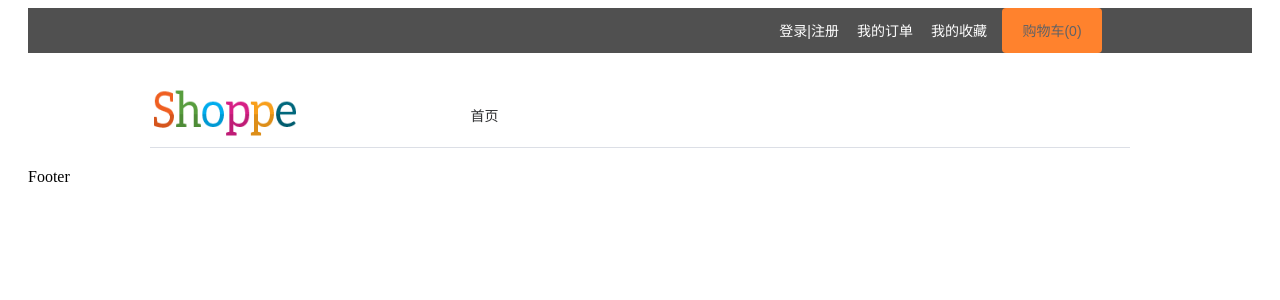
Repository: zhenghaochang/---
Page: / (app in xiaomi/)
These files come from the project's save history. The page is drawn as it stood at one moment and after a run of saves; the edit follows.
The browser window is 1280 px wide. The pictures show the whole page.
The project was rebuilt for these pictures with package versions that can differ from the ones it lists, and the page was loaded fresh each time. Also part of the build but not shown: xiaomi/vite.config.js.

Above is the page before, as saved 2025-07-31 10:21:57.

### xiaomi/src/main.js
import { createApp } from 'vue';
import ElementPlus from 'element-plus';
import 'element-plus/dist/index.css';
import router from './router/router';
import App from './App.vue';
import * as ElementPlusIconsVue from '@element-plus/icons-vue';
import { createPinia } from 'pinia';
import piniaPluginPersistedstate from 'pinia-plugin-persistedstate'
const app = createApp(App);
const pinia = createPinia();
pinia.use(piniaPluginPersistedstate)
app.use(pinia);
for (const [key, component] of Object.entries(ElementPlusIconsVue)) {
    app.component(key, component);
}
app.use(router);
app.use(ElementPlus);
app.mount('#app');

### xiaomi/src/router/router.js
import {createRouter,createWebHashHistory} from 'vue-router'

let router = createRouter({
    history:createWebHashHistory(),
    routes:[
        {
            path:"/",
            component:()=>import('../components/main.vue')
        }
    ]
})

export default router

### xiaomi/src/App.vue
<script setup>
import Menu from '../src/components/menu.vue'


</script>

<template>
    <div>
        <el-container>
            <el-header class="header"><Menu></Menu></el-header>
            <el-main class="main"><router-view></router-view></el-main>
            <el-footer>Footer</el-footer>
        </el-container>
    </div>
</template>

<style scoped>
.header{
/*     background-color: blue; */
    width:100%
}
/* .main{
    background-color: blue;
    width: 100%;
    display:flex;
    flex-direction: column;
    justify-content: center;
} */
</style>

### xiaomi/src/components/main.vue
<script setup>
import logo from '../assets/img/logo.png'

</script>

<template>
    <div class="base_div">
        <div style="width:80%">
            <el-menu
                :default-active="activeIndex"
                class="el-menu-demo"
                mode="horizontal"
                @select="handleSelect"

            >
            <div>

            </div>
                <div>
                    <img style="width:150px;height:50px;margin-right:150px" :src="logo" alt="">
                </div>
                <el-menu-item index="1">首页</el-menu-item>

            </el-menu>
        </div>
    </div>
</template>

<style scoped>
.base_div{
    width: 100%;
    display:flex;
    flex-direction: column;
    align-items:center;
}
</style>

### xiaomi/src/components/menu.vue
<script setup>
import {ref,reactive} from 'vue'
import request from '../request/index'
import { ElMessage } from 'element-plus'
import {useUserStore} from '../store/index'


const store = useUserStore()


const loginVisible = ref(false)
const registVisible = ref(false)

const loginForm = ref({
    username:'',
    password:''
})

const registForm = ref({
    username:'',
    password:'',
    rePassword:'',
    name:''
})

const user = ref({
    id:0,
    username:'',
    name:'',
    numInCart:0,
    token:''
})

const loginFormRef = ref()
const registFormRef = ref()

const validateUsername = (rule,value,callback)=>{
    if(value.length==0){
      callback(new Error("用户名不能为空"))
    }else{
      callback()
    }
  }

  const validatePassword = (rule,value,callback)=>{
    if(value.length<4){
      callback(new Error("密码小于4位"))
    }else{
      callback()
    }
  }

  const validateRePassword = (rule,value,callback)=>{
    if(value.length<4){
      callback(new Error("密码小于4位"))
    }else{
      if(value != registForm.value.password){
        callback(new Error("密码不一致"))
      }else{
        callback()
      }
    }
  }

  const rules = {
    username:[{required:true,message:'用户名不能为空',validator:validateUsername}],
    password:[{required:true,message:'密码必须大于4位',validator:validatePassword}],
    rePassword:[{required:true,validator:validateRePassword}]
  }


async function login(){
    const valid = await loginFormRef.value.validate
    if(valid){
        let {data} = await request.post("/user/login",loginForm.value)
        if(data.code == 200){
            ElMessage.success('登录成功')
            user.value = data.data
            store.changeInfo(user.value)
            loginVisible.value = false
        }else{
            ElMessage.error(data.msg)
        }
    }
}

async function regist(){
    const valid = await registFormRef.value.validate
    if(valid){
        let {data} = await request.post("/user/regist",registForm.value)
        if(data.code == 200){
            ElMessage.success('注册成功')
            registVisible.value = false
            loginVisible.value = true
        }else{
            ElMessage.error(data.msg)
        }
    }
}

</script>

<template>
    <div class="base_div">
        <el-button color="rgb(80,80,80)" @click="loginVisible = true" v-if="store.id==0" link>登录|注册</el-button>
        <div style="display:flex;align-items:center;margin-right:10px" v-else>
            <el-button color="rgb(80,80,80)" link>欢迎{{store.name}}</el-button>
            <el-button color="rgb(80,80,80)" @click="()=>{store.logout(),ElMessage.success('已退出')}" link>退出登录</el-button>
        </div>
        <el-button color="rgb(80,80,80)" link>我的订单</el-button>
        <el-button color="rgb(80,80,80)" link>我的收藏</el-button>
        <el-button  style="background-color:rgb(255,130, 45);margin-right:150px;width:100px"  link>购物车({{store.numInCart}})</el-button>

        <!-- 登录窗口 -->
        <el-dialog v-model="loginVisible"  title="登录" width="300">
            <el-form :model="loginForm" ref="loginFormRef" :rules="rules">
                <el-form-item label="用户名" prop="username" :label-width="70">
                    <el-input v-model="loginForm.username" autocomplete="off" />
                </el-form-item>
                <el-form-item label="密码" prop="password" :label-width="70">
                    <el-input v-model="loginForm.password" autocomplete="off" type="password" show-password />
                </el-form-item>
            </el-form>
            <template #footer>
                <div style="display:flex;justify-content:space-between;align-items:center">
                    <el-button type="warning" @click="registVisible = true">注册</el-button>
                    <div>
                        <el-button @click="loginVisible = false">取消</el-button>
                        <el-button type="primary" @click="login">
                        登录
                        </el-button>
                    </div>

                </div>
            </template>
        </el-dialog>
        <!-- 登录窗口END -->
        <!-- 注册窗口 -->
        <el-dialog v-model="registVisible"  title="注册" width="350">
            <el-form :model="registForm" ref="registFormRef" :rules="rules">
                <el-form-item label="用户名" prop="username" :label-width="80">
                    <el-input v-model="registForm.username" autocomplete="off" />
                </el-form-item>
                <el-form-item label="密码" prop="password" :label-width="80">
                    <el-input v-model="registForm.password" autocomplete="off" type="password" show-password />
                </el-form-item>
                <el-form-item label="确认密码" prop="rePassword" :label-width="80">
                    <el-input v-model="registForm.rePassword" autocomplete="off" type="password" show-password />
                </el-form-item>
                <el-form-item label="姓名"  :label-width="80">
                    <el-input v-model="registForm.name" autocomplete="off"  />
                </el-form-item>
            </el-form>
            <template #footer>
                <div style="">
                    <div>
                        <el-button @click="registVisible = false">取消</el-button>
                        <el-button type="primary" @click="regist">
                        注册
                        </el-button>
                    </div>

                </div>
            </template>
        </el-dialog>
        <!-- 注册窗口END -->
    </div>
</template>

<style scoped>
.base_div{
    background-color:rgb(80,80,80);
    width:100%;
    height:45px;
    display: flex;
    justify-content:flex-end;
}
</style>

### xiaomi/src/request/index.js
import axios from 'axios'


const request = axios.create({
    baseURL:'http://localhost:8080',
    timeout:10000
})









export default request

### xiaomi/src/store/index.js
import {defineStore} from 'pinia'

const user = {
    id:0,
    username:'',
    name:'',
    numInCart:0,
    token:''
}

export const useUserStore = defineStore('userInfo',{
    state:()=>({
        id:0,
        username:'',
        name:'',
        numInCart:0,
        token:''
    }),
    getters:{},
    actions:{
        changeInfo(user){
            this.id = user.id,
            this.username = user.username,
            this.name = user.name,
            this.numInCart = user.numInCart,
            this.token = user.token
        },
        logout(){
            this.id = 0,
            this.username = '',
            this.name = '',
            this.numInCart = 0,
            this.token = ''
        }
    },
    persist: true
}
)

Loaded but not shown: xiaomi/index.html (common file)

After the next 2 saves:
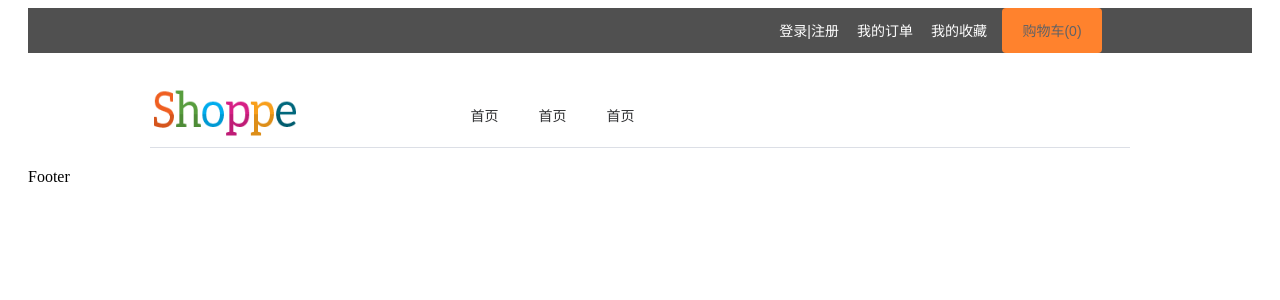
The 2 saves are shown as one change because they came seconds apart.
The last was saved 5 s later.
--- a/xiaomi/src/components/main.vue
+++ b/xiaomi/src/components/main.vue
@@ -20,7 +20,8 @@ import logo from '../assets/img/logo.png'
                     <img style="width:150px;height:50px;margin-right:150px" :src="logo" alt="">
                 </div>
                 <el-menu-item index="1">首页</el-menu-item>
-
+                <el-menu-item index="1">首页</el-menu-item>
+                <el-menu-item index="1">首页</el-menu-item>
             </el-menu>
         </div>
     </div>
